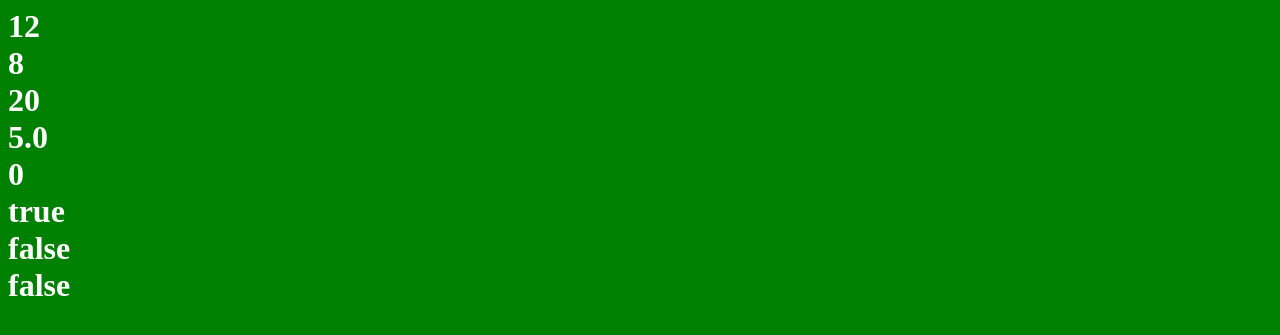
Repository: venugopalakrishnamylavarapu/Naresh-It-Full-Stack-java-Developer
Page: http://localhost/JSP/expressions.jsp
The author's editor kept a copy of each file at every save. The page is drawn from the files as they stood at one save, then again after the next save.
The browser window is 1280 px wide. The pictures show the whole page.
The page is served by Tomcat 9. Other server files are loaded and not shown.

Above is the page before, as saved 2023-03-20 11:01:33.

### Advanced Java/Coding/JSP/src/main/webapp/expressions.jsp
<html>
<body bgcolor=green text=white>
<h1>
<%--<%@ page ELIgnored="true" %> --%>
${ 10+2 }<br>
${ 10-2 }<br>
${ 10*2 }<br>
${ 10 div 2 }<br>
${ 10 mod 2 }<br>
${ 10 gt 2 }<br>
${ 10 eq 2 }<br>
${ 10 lt 2 }<br>
</h1>
</body>
</html>

After the next save:
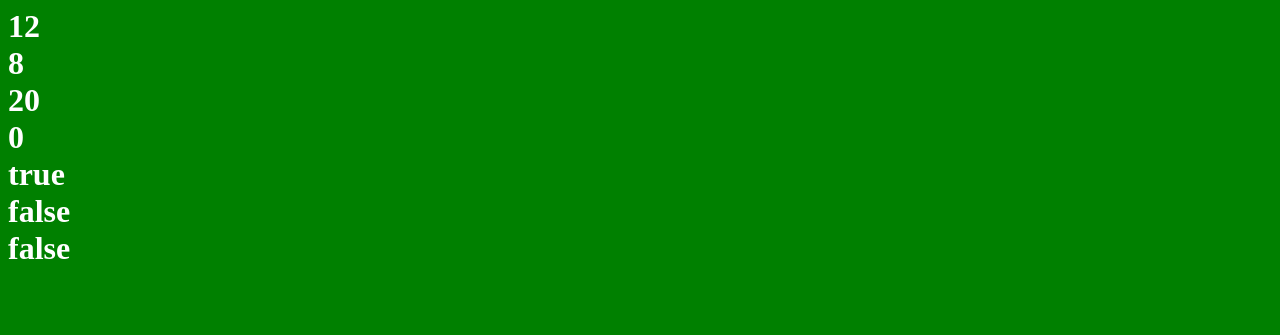
Saved 10 s later.
--- a/Advanced Java/Coding/JSP/src/main/webapp/expressions.jsp
+++ b/Advanced Java/Coding/JSP/src/main/webapp/expressions.jsp
@@ -5,7 +5,6 @@
 ${ 10+2 }<br>
 ${ 10-2 }<br>
 ${ 10*2 }<br>
-${ 10 div 2 }<br>
 ${ 10 mod 2 }<br>
 ${ 10 gt 2 }<br>
 ${ 10 eq 2 }<br>
